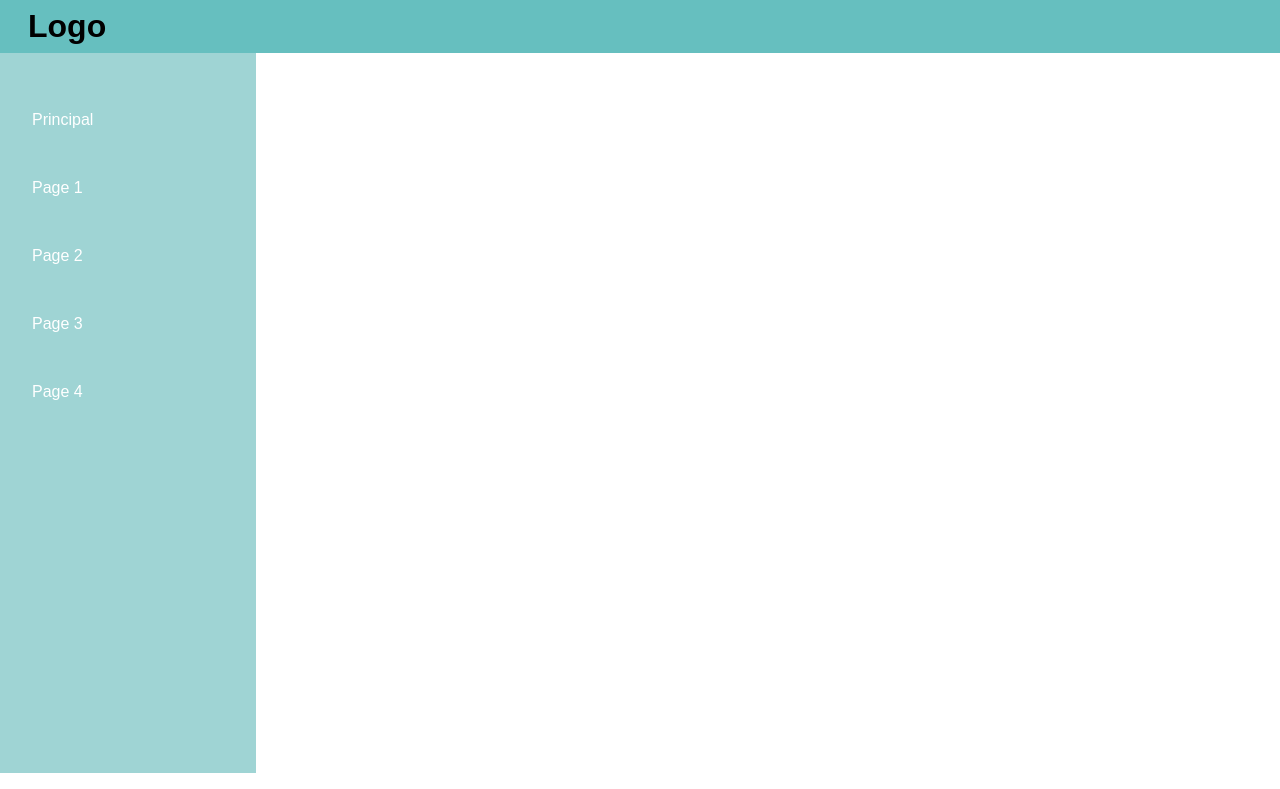
Repository: mateus-henrique-silva/Dashboard-pixel-facebook-react
Page: / (app in dashboard-pixel/)
An editor plug-in stored every save of this project. The page is shown before and after a run of saves, followed by the edit.
The browser window is 1280 px wide. The pictures show the whole page.
The project was rebuilt for these pictures with package versions that can differ from the ones it lists, and the page was loaded fresh each time.

Above is the page before, as saved 2022-07-07 17:47:10.

### dashboard-pixel/src/index.js
import React from "react";
import ReactDOM from "react-dom/client";

import App from "./App";
import reportWebVitals from "./reportWebVitals";

const root = ReactDOM.createRoot(document.getElementById("root"));
root.render(
  <React.StrictMode>
    <App />
  </React.StrictMode>
);

reportWebVitals();

### dashboard-pixel/src/App.jsx
import React from "react";
import Main from "./Components/MainPage/Main";



function App() {
  return (
    <div >
        <Main/>


    </div>
  );
}

export default App;

### dashboard-pixel/src/Components/MainPage/Main.jsx
import React from 'react'
import './Main.css'
import Header from '../Header/Header'
import SideBar from "../SideBar/SideBar"

const Main = () => {
  return (
    <div className="Main">
        <Header/>
        <SideBar/>
    </div>
  )
}

export default Main

### dashboard-pixel/src/Components/MainPage/Main.css
* {
  border: 0;
  margin: 0;
  font-family: sans-serif;
  over
}

.Main {
  width: 100%;
  height: 100vh;
}
.startHeader{
    width: 100%;
    display: flex;
    justify-content: center;
}

### dashboard-pixel/src/Components/Header/Header.jsx
import React from 'react'
import "./Header.css"

const Header = () => {
  return (
    <div className="startHeader">

        <div className="Header">
            <h1>Logo</h1>
        </div>

    </div>
  )
}

export default Header

### dashboard-pixel/src/Components/SideBar/SideBar.jsx
import React from "react";
import "./SideBar.css";

const SideBar = () => {
  return (
    <div>
      <div className="div-sidebar">
        <div className="Menu-tag">
          <div><a href="#">Principal</a></div>
          <div><a href="#">Page 1</a></div>
          <div><a href="#">Page 2</a></div>
          <div><a href="#">Page 3</a></div>
          <div><a href="#">Page 4</a></div>
        </div>
      </div>
    </div>
  );
};

export default SideBar;

### dashboard-pixel/src/Components/Header/Header.css
.Header{
    width: 99vw;
    padding: 0.5em 0.5em ;
    background-color:#66BFBF;
    display:flex;
    align-items:center;




}

.Header h1{
    margin-left: 20px;
}

### dashboard-pixel/src/Components/SideBar/SideBar.css
.div-sidebar {
  height: 100vh;
  width: 20vw;
  background-color: #9fd4d4;
  display: grid;
}

.Menu-tag {
  height: 100%;
  padding: 0.5em 2em;
}

.Menu-tag div {
  margin-top:50px;
}

.Menu-tag div a {
    text-decoration: none;
    color:white;
  }

Loaded but not shown: dashboard-pixel/public/index.html (common file); dashboard-pixel/src/reportWebVitals.js (common file)

After the next 2 saves:
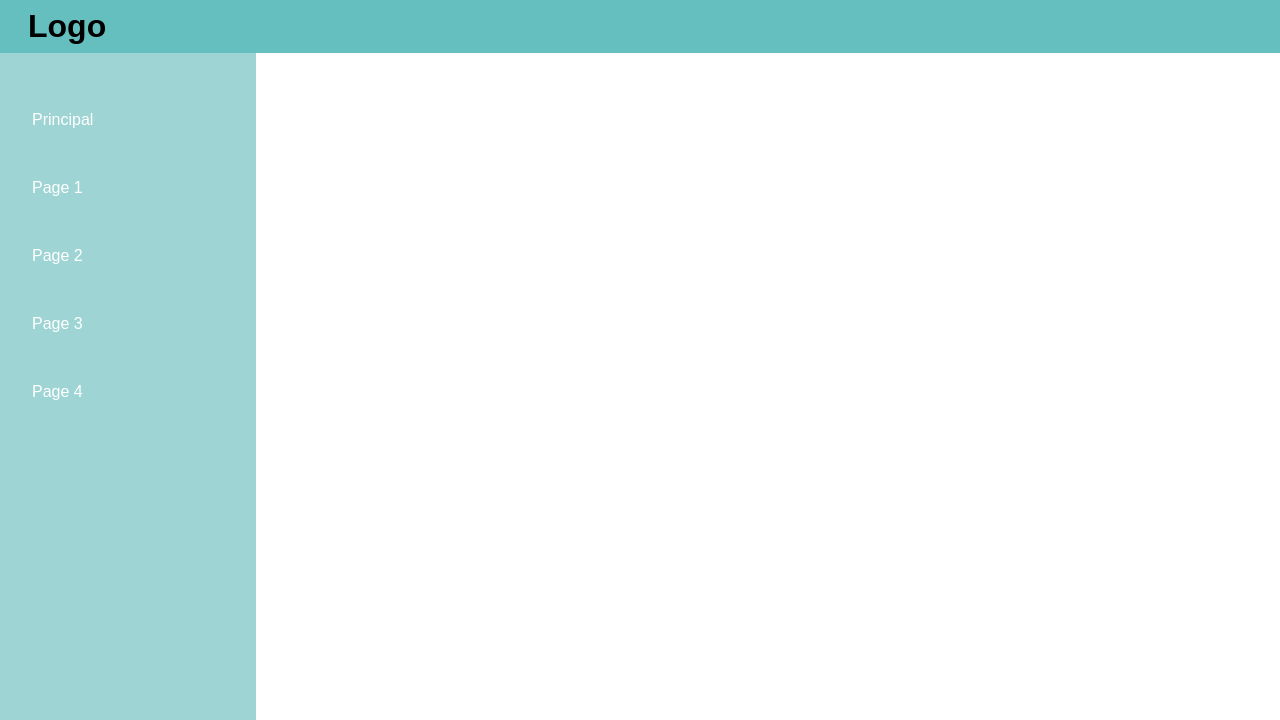
The 2 saves are shown as one change because they came seconds apart.
The last was saved 5 s later.
--- a/dashboard-pixel/src/Components/MainPage/Main.css
+++ b/dashboard-pixel/src/Components/MainPage/Main.css
@@ -2,7 +2,7 @@
   border: 0;
   margin: 0;
   font-family: sans-serif;
-  over
+  overflow-y: hidden;
 }
 
 .Main {
